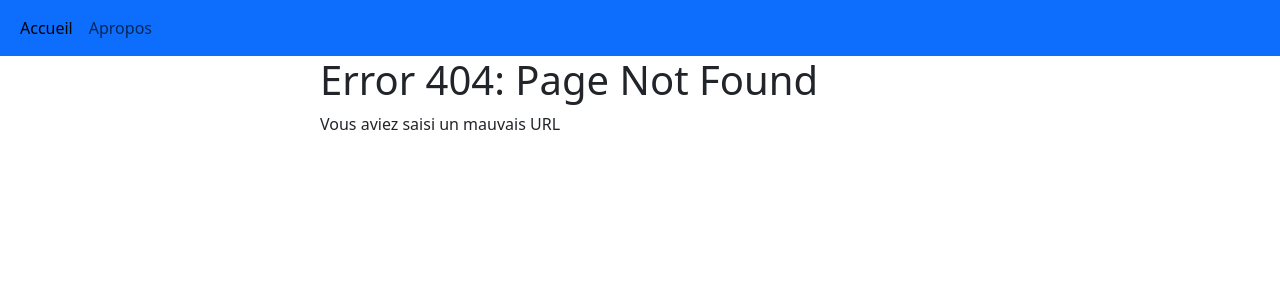
Repository: SKB-TECH/MinProject
Page: IHM/pageIntrouvable.html
These files come from the project's save history. The page is drawn as it stood at one moment and after the next save; the edit follows.
The browser window is 1280 px wide. The pictures show the whole page.
Some web libraries are served in a nearby version.

Above is the page before, as saved 2022-09-29 15:37:13.

### IHM/pageIntrouvable.html
<!DOCTYPE html>
<html lang="en">
<head>
    <meta charset="UTF-8">
    <meta http-equiv="X-UA-Compatible" content="IE=edge">
    <meta name="viewport" content="width=device-width, initial-scale=1.0">
    <link
    rel="stylesheet"
    href="../node_modules/bootstrap/dist/css/bootstrap.min.css"
  />
    <title>PageNotFound</title>
</head>
<body>

    <header>
        <nav class="navbar navbar-expand-sm bg-primary navbar-success">
          <div class="container-fluid">
            <ul class="navbar-nav">
              <li class="nav-item">
                <a class="nav-link active" href="#">Accueil</a>
              </li>
              <li class="nav-item">
                <a class="nav-link" href="#">Apropos</a>
              </li>
            </ul>
          </div>
        </nav>
      </header>
   <section>
        <div style="width: 50%; margin:auto; margin-top 20px;">
            <h1>Error 404: Page Not Found</h1>
        <p>
            Vous aviez saisi un mauvais URL
        </p>
        </div>
   </section>
</body>
</html>

After the next save:
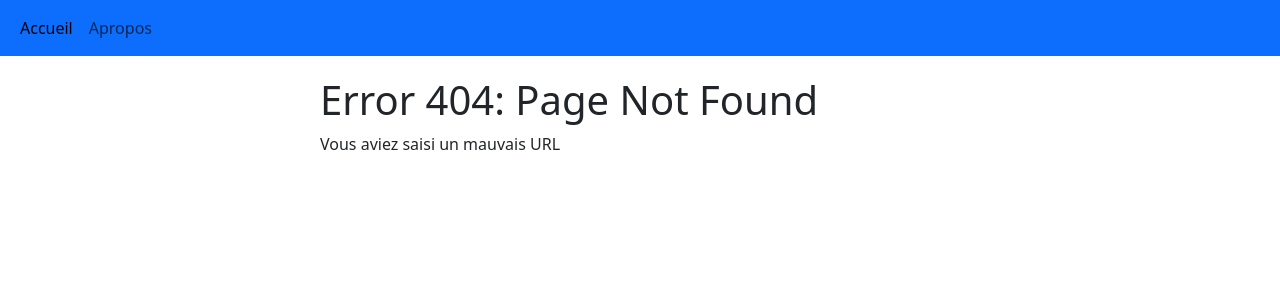
Saved 4 s later.
--- a/IHM/pageIntrouvable.html
+++ b/IHM/pageIntrouvable.html
@@ -27,7 +27,7 @@
         </nav>
       </header>
    <section>
-        <div style="width: 50%; margin:auto; margin-top 20px;">
+        <div style="width: 50%; margin:auto; margin-top:20px;">
             <h1>Error 404: Page Not Found</h1>
         <p>
             Vous aviez saisi un mauvais URL
